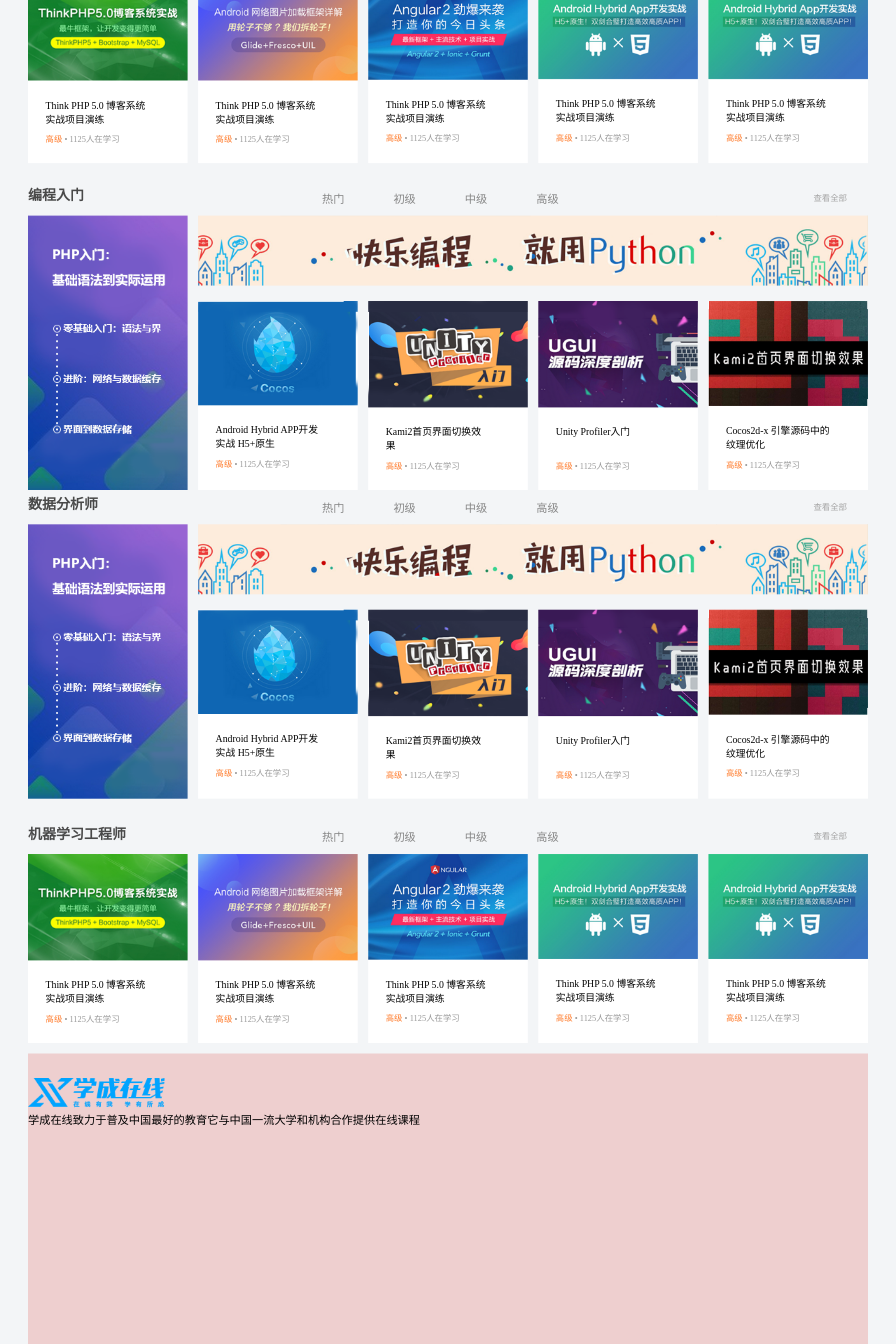
Repository: ywq0312/XueCheng
Page: index.html
An editor plug-in stored every save of this project. The page is shown before and after a run of saves, followed by the edit.
The browser window is 1280 px wide. The pictures show the part of the page from y = 990 to 2910 px (the page is 2910 px tall), at 70% of full size.

Above is the page before, as saved 2021-05-19 15:16:59.

After the next 28 saves:
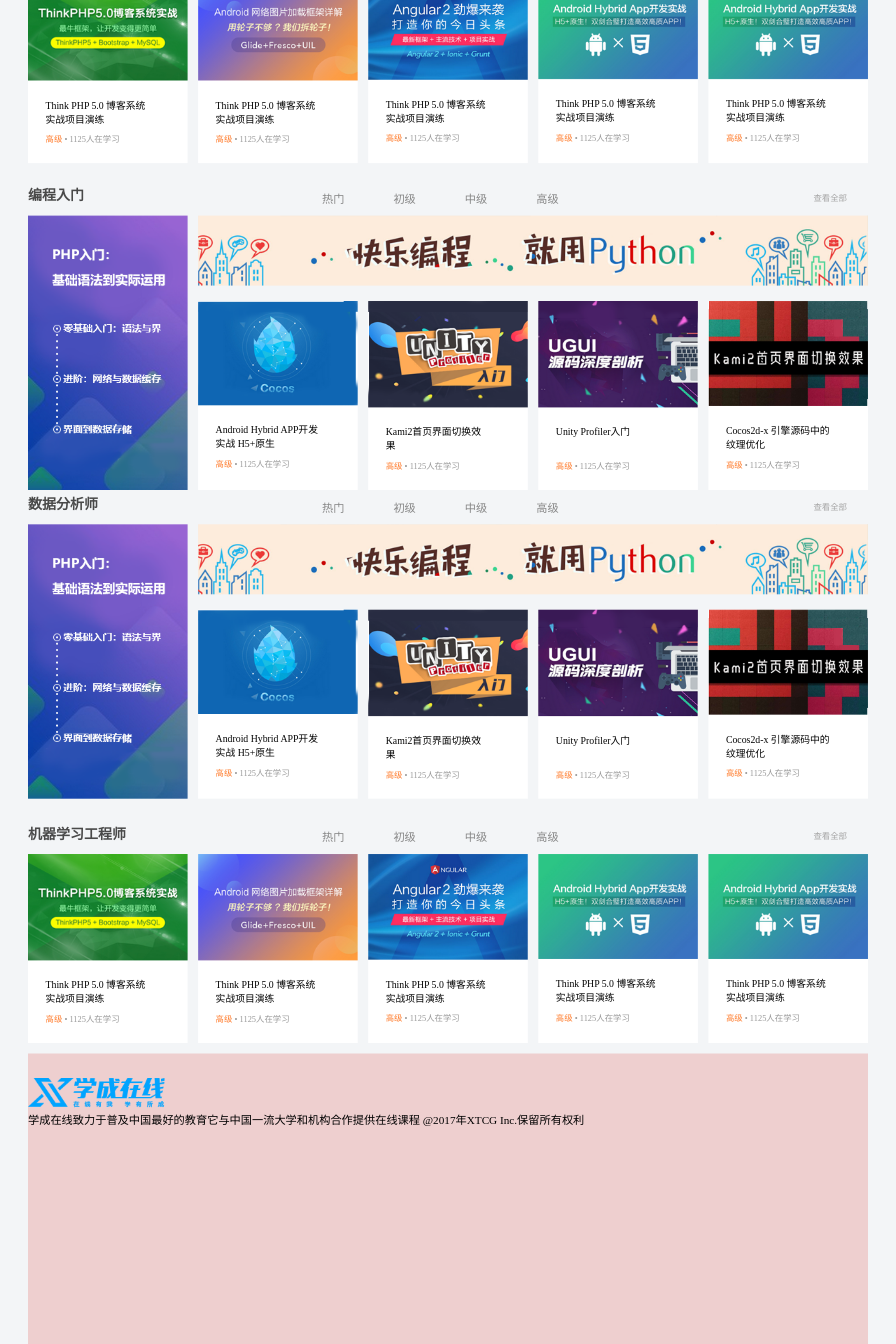
The 28 saves are shown as one change because they came seconds apart.
The last was saved 47 s later.
--- a/index.html
+++ b/index.html
@@ -420,7 +420,9 @@
         <div class="w">
             <div class="copyright">
                 <img src="./images/学成在线.png" alt="">
-                <p>学成在线致力于普及中国最好的教育它与中国一流大学和机构合作提供在线课程</p>
+                <p>学成在线致力于普及中国最好的教育它与中国一流大学和机构合作提供在线课程
+                    @2017年XTCG Inc.保留所有权利
+                </p>
             </div>
             <div class="links">
 
